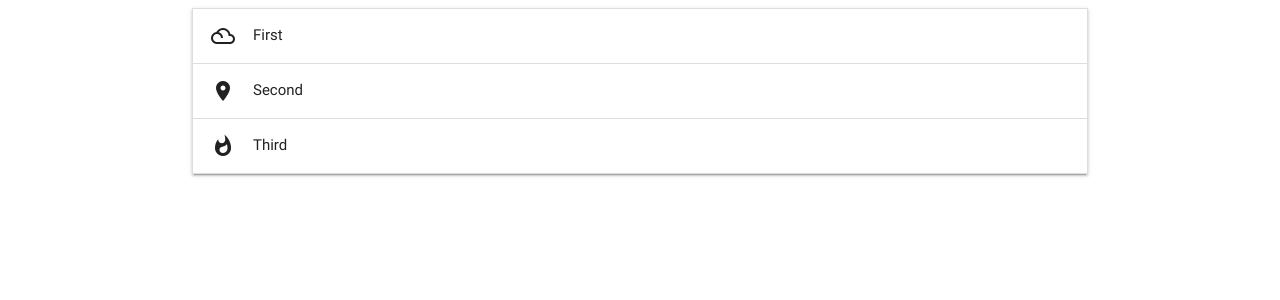
Repository: kalkiboru111/task-manager
Page: http://localhost/
The author's editor kept a record of every edit. The page is drawn from the files as they stood at one moment, then again after the next edit.
The browser window is 1280 px wide. The pictures show the whole page.
The page is served by the project's application, run on Flask 3 (app.py). Queries for data that is not in the repository find no rows.

Above is the page before.
Console error: TypeError: $(...).getElementById is not a function

After the next edit:
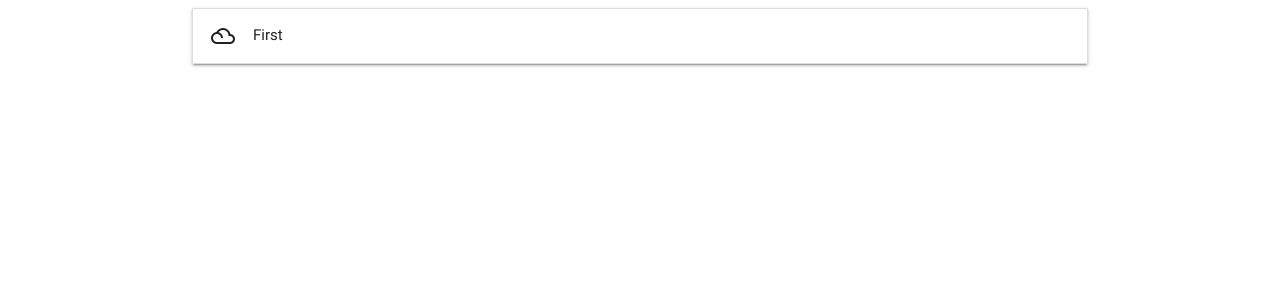
The edit:
--- a/templates/tasks.html
+++ b/templates/tasks.html
@@ -13,14 +13,6 @@
       <div class="collapsible-header"><i class="material-icons">filter_drama</i>First</div>
       <div class="collapsible-body"><span>Lorem ipsum dolor sit amet.</span></div>
     </li>
-    <li>
-      <div class="collapsible-header"><i class="material-icons">place</i>Second</div>
-      <div class="collapsible-body"><span>Lorem ipsum dolor sit amet.</span></div>
-    </li>
-    <li>
-      <div class="collapsible-header"><i class="material-icons">whatshot</i>Third</div>
-      <div class="collapsible-body"><span>Lorem ipsum dolor sit amet.</span></div>
-    </li>
   </ul>
 
 {% endblock %}
